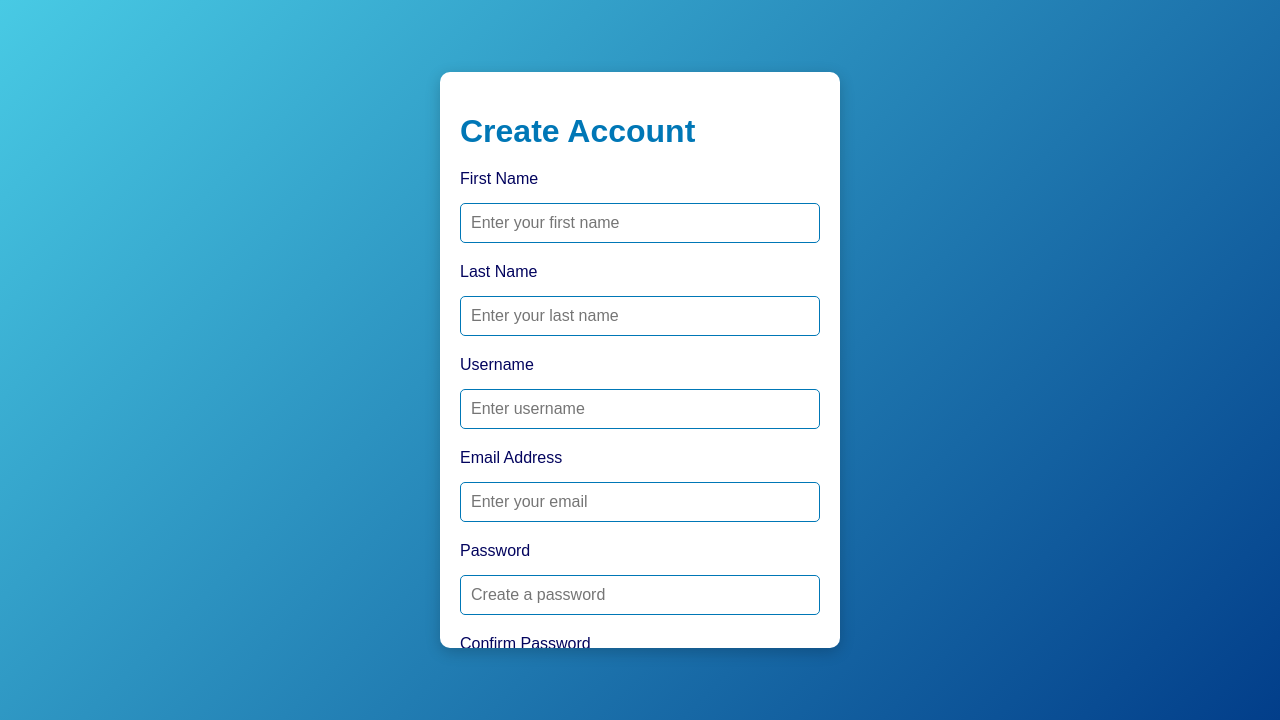
Repository: RishitSharma88/SeaGro
Page: templates/createaccount.html
The author's editor kept a copy of each file at every save. The page is drawn from the files as they stood at one save, then again after the next save.
The browser window is 1280 px wide. The pictures show the whole page.
The template is drawn by Flask 3. The application's start-up code is not run. Other server files are loaded and not shown. The template is opened directly, without the code that normally fills it, so the values that code supplies are empty.

Above is the page before, as saved 2024-12-27 18:55:57.

### templates/createaccount.html
<!DOCTYPE html>
<html lang="en">
<head>
    <meta charset="UTF-8">
    <meta name="viewport" content="width=device-width, initial-scale=1.0">
    <title>Create Account</title>
    <style>
        /* General Styles */
        body {
            margin: 0;
            padding: 0;
            font-family: 'Arial', sans-serif;
            background: linear-gradient(135deg, #48CAE4, #023E8A);
            color: #FFFFFF;
            overflow: hidden;
            display: flex;
            justify-content: center;
            align-items: center;
            height: 100vh;
        }

        .container {
            background-color: #FFFFFF;
            color: #03045E;
            width: 100%;
            max-width: 400px;
            border-radius: 10px;
            box-shadow: 0 4px 15px rgba(0, 0, 0, 0.2);
            padding: 20px;
            box-sizing: border-box;
            animation: fadeIn 1s ease-in-out;
            max-height: 80vh;
            overflow-y: auto;
        }

        h1 {
            margin-bottom: 20px;
            font-size: 2em;
            color: #0077B6;
        }

        label {
            font-size: 1em;
            margin: 10px 0 5px;
            display: block;
            text-align: left;
        }

        input[type="text"], input[type="email"], input[type="password"] {
            width: 100%;
            padding: 10px;
            margin: 10px 0;
            border: 1px solid #0077B6;
            border-radius: 5px;
            font-size: 1em;
            box-sizing: border-box;
            transition: border 0.3s, box-shadow 0.3s;
        }

        input[type="text"]:focus, input[type="email"]:focus, input[type="password"]:focus {
            border-color: #00B4D8;
            box-shadow: 0 0 5px #00B4D8;
            outline: none;
        }

        input[type="submit"] {
            background-color: #00B4D8;
            color: white;
            border: none;
            padding: 10px 20px;
            font-size: 1em;
            border-radius: 5px;
            cursor: pointer;
            margin-top: 10px;
            transition: background-color 0.3s ease-in-out;
        }

        input[type="submit"]:hover {
            background-color: #0077B6;
        }

        .error {
            color: #FF0000;
            font-size: 0.9em;
            text-align: left;
            margin-top: 5px;
        }

        .links {
            margin-top: 15px;
            font-size: 0.9em;
        }

        .links a {
            color: #0077B6;
            text-decoration: none;
            margin: 0 5px;
        }

        .links a:hover {
            text-decoration: underline;
        }

        /* Animation */
        @keyframes fadeIn {
            from {
                opacity: 0;
                transform: translateY(-20px);
            }
            to {
                opacity: 1;
                transform: translateY(0);
            }
        }

        /* Responsive Design */
        @media (max-width: 768px) {
            .container {
                padding: 15px;
                max-height: 90vh;
            }

            h1 {
                font-size: 1.5em;
            }
        }
    </style>
</head>
<body>
    <div class="container">
        <h1>Create Account</h1>
        <form method='post' id="create-account-form">
            <label for="fname">First Name</label>
            <input type="text" id="fname" name="fname" placeholder="Enter your first name" required>

            <label for="lname">Last Name</label>
            <input type="text" id="lname" name="lname" placeholder="Enter your last name" required>

            <label for="username">Username</label>
            <input type="text" id="username" name="username" placeholder="Enter username" required>

            <label for="email">Email Address</label>
            <input type="email" id="email" name="email" placeholder="Enter your email" required>

            <label for="password">Password</label>
            <input type="password" id="password" name="password" placeholder="Create a password" required>

            <label for="confirm-password">Confirm Password</label>
            <input type="password" id="confirm-password" name="confirm-password" placeholder="Confirm your password" required>
            <div class="error" id="error-message"></div>

            <input type="submit" value="Create Account">
        </form>
        <div class="links">
            <a href="{{ url_for('login') }}.html">Already have an account? Login</a>
        </div>
    </div>

    <script>
        const form = document.getElementById('create-account-form');
        const passwordField = document.getElementById('password');
        const confirmPasswordField = document.getElementById('confirm-password');
        const errorMessage = document.getElementById('error-message');

        form.addEventListener('submit', function(event) {
            if (passwordField.value !== confirmPasswordField.value) {
                event.preventDefault(); // Prevent form submission
                errorMessage.textContent = "Passwords do not match. Please try again.";
            } else {
                errorMessage.textContent = ""; // Clear error message if passwords match
            }
        });
    </script>
</body>
</html>

After the next save:
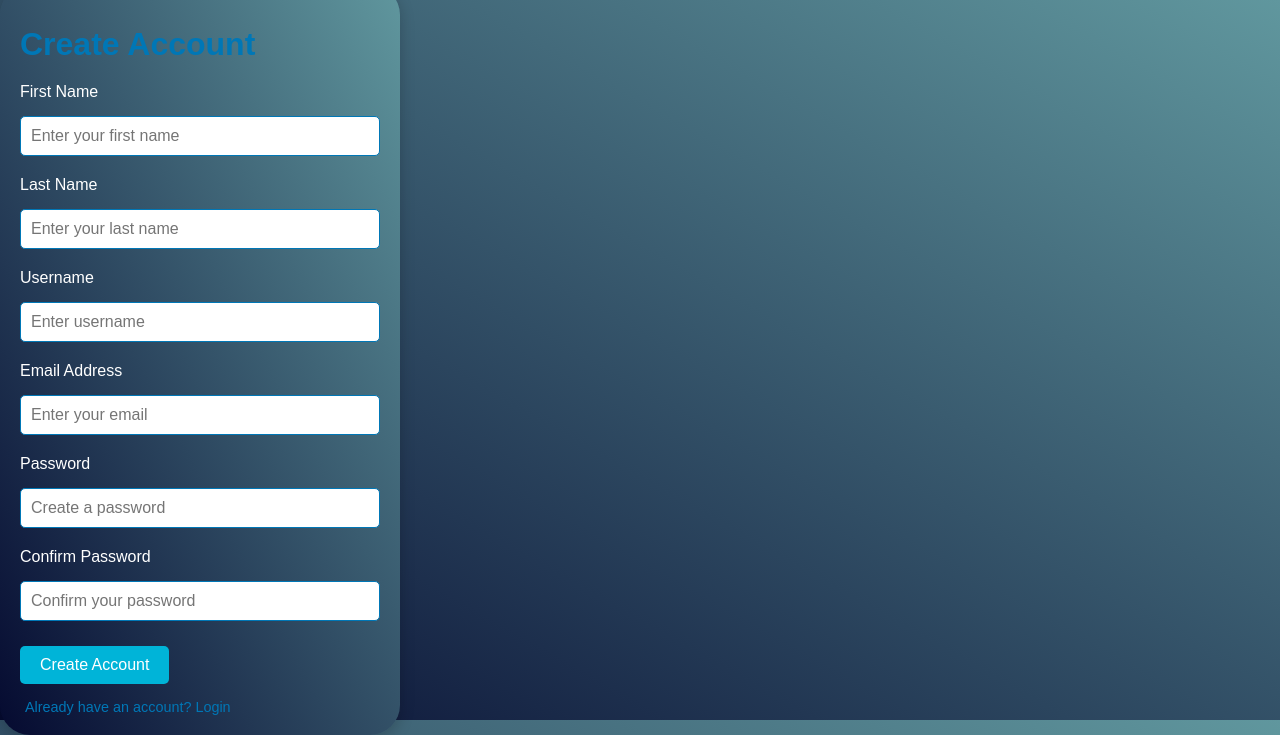
Saved 118 min 31 s later.
--- a/templates/createaccount.html
+++ b/templates/createaccount.html
@@ -5,32 +5,39 @@
     <meta name="viewport" content="width=device-width, initial-scale=1.0">
     <title>Create Account</title>
     <style>
-        /* General Styles */
         body {
             margin: 0;
             padding: 0;
             font-family: 'Arial', sans-serif;
-            background: linear-gradient(135deg, #48CAE4, #023E8A);
+            background: linear-gradient(to bottom left, #60979e, #050a30);
             color: #FFFFFF;
-            overflow: hidden;
             display: flex;
-            justify-content: center;
+            justify-content: space-between;
             align-items: center;
             height: 100vh;
         }
 
+        .img-container {
+            width: 100%;
+            max-width: 1000px;
+            padding: 40px;
+            box-sizing: border-box;
+            animation: fadeIn 1s ease-in-out;
+            display: flex;
+            justify-content: center;
+            align-items: center;
+        }
+
         .container {
-            background-color: #FFFFFF;
-            color: #03045E;
+            background: linear-gradient(to bottom left, #60979e, #050a30);
+            color: #FFFFFF;
             width: 100%;
             max-width: 400px;
-            border-radius: 10px;
+            border-radius: 30px;
             box-shadow: 0 4px 15px rgba(0, 0, 0, 0.2);
             padding: 20px;
             box-sizing: border-box;
             animation: fadeIn 1s ease-in-out;
-            max-height: 80vh;
-            overflow-y: auto;
         }
 
         h1 {
